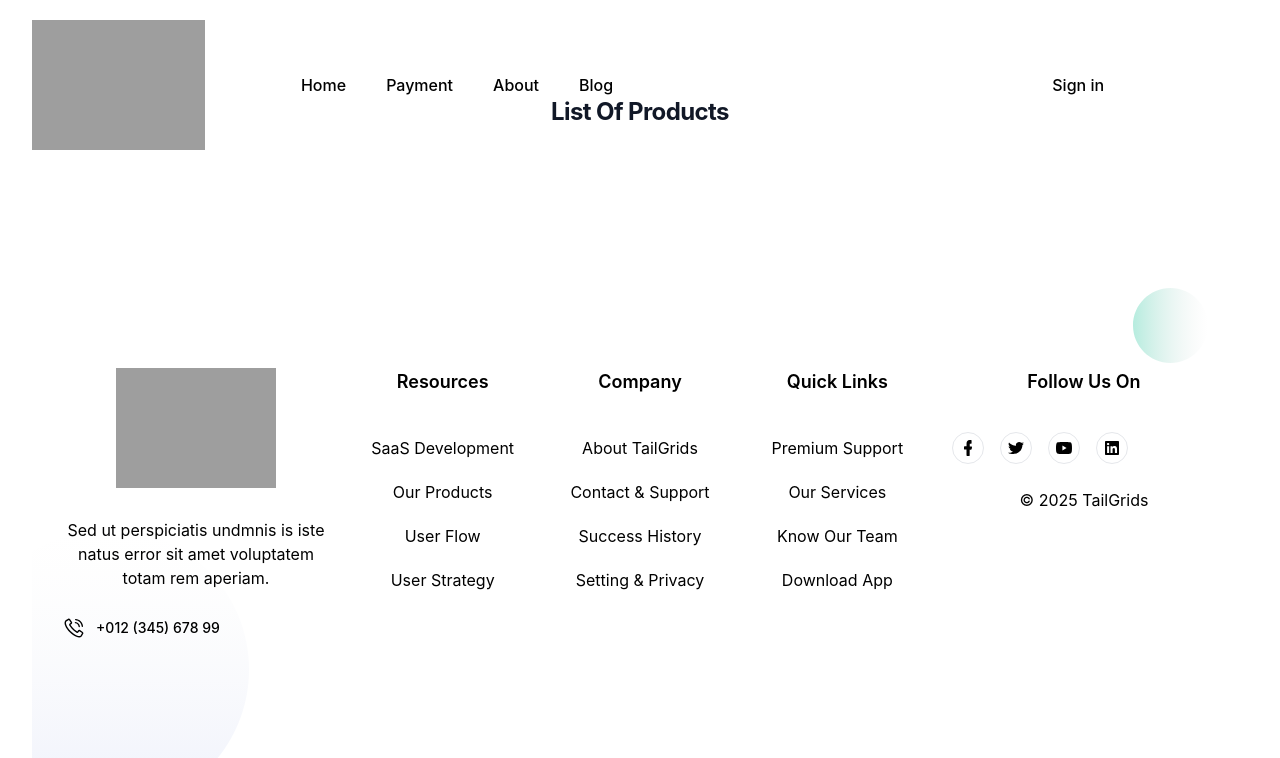
Repository: sayanroychaudhuri/React-One-Page-Ecommerce-Product-List
Page: /
An editor plug-in stored every save of this project. The page is shown before and after the next save, followed by the edit.
The browser window is 1280 px wide. The pictures show the whole page.
Pictures or frames that could not be fetched are drawn as grey boxes. The page's requests for data from a server got no answer. The project was rebuilt for these pictures with package versions that can differ from the ones it lists, and the page was loaded fresh each time. No one was signed in, and anything a server would have sent is missing.

Above is the page before, as saved 2024-01-31 20:12:47.

### src/App.js
import './App.css';
import Home from './components/products/Home';

function App() {
  return (
    <div className="App">
      <div className='container'><Home /></div>
    </div>
  );
}

export default App;

### src/components/products/Home.js
import React,{ Suspense, lazy,useEffect,useState } from 'react'
import Header from './Header';
import Footer from './Footer';
import axios from 'axios';

const delayForDemo = (promise) =>{
    return new Promise(resolve => {
      setTimeout(resolve, 2000);
    }).then(() => promise);
  }

const ProductList = lazy(() => delayForDemo(import('./ProductList.js')));

function Home() {
    const [products,setProducts] = useState([])
  const [pagination,setPagination] = useState({skip:0,total:0,currentPage:1})
  const getProductList = ()=>{
    axios.get(`https://dummyjson.com/products?limit=8&skip=${pagination.skip}`)
    .then(function (response) {
      // handle success
      let products = response.data.products;
      setProducts(products);
      setPagination({...pagination,total: Math.ceil(response.data.total/8)})
    })
    .catch(function (error) {
      // handle error
      console.log(error);
    })
}
const _changePage = (page)=>{
    setPagination({...pagination,currentPage: page,skip: ((8*page)-8)})
  }

  useEffect(() => {
    setProducts([])
    getProductList()
  }, [pagination.currentPage])
  return (
    <React.Fragment>
      <Header />
      <Suspense fallback={'<div>Loading</div>'}>
          <ProductList products={products} pagination={pagination} _changePagination={_changePage} />
        </Suspense>
     <Footer />
  </React.Fragment>
  )
}

export default Home

### src/components/products/Header.js
import React, { useState } from "react";

const Header = () => {
  return (
    <>
      <Navbar />
    </>
  );
};

export default Header;

const Navbar = () => {
  const [open, setOpen] = useState(false);

  return (
    <header className={`absolute left-0 top-0 z-20 flex w-full items-center`}>
      <div className="container">
        <div className="relative -mx-4 flex items-center justify-between">
          <div className="w-60 max-w-full px-4">
            <a href="/#" className="block w-full py-5">
              <img
                src="https://cdn.tailgrids.com/2.0/image/assets/images/logo/logo.svg"
                alt="logo"
                className="w-full dark:hidden"
              />
              <img
                src="https://cdn.tailgrids.com/2.0/image/assets/images/logo/logo-white.svg"
                alt="logo"
                className="w-full hidden dark:block"
              />
            </a>
          </div>
          <div className="flex w-full items-center justify-between px-4">
            <div>
              <button
                onClick={() => setOpen(!open)}
                id="navbarToggler"
                className={` ${
                  open && "navbarTogglerActive"
                } absolute right-4 top-1/2 block -translate-y-1/2 rounded-lg px-3 py-[6px] ring-primary focus:ring-2 lg:hidden`}
              >
                <span className="relative my-[6px] block h-[2px] w-[30px] bg-body-color dark:bg-white"></span>
                <span className="relative my-[6px] block h-[2px] w-[30px] bg-body-color dark:bg-white"></span>
                <span className="relative my-[6px] block h-[2px] w-[30px] bg-body-color dark:bg-white"></span>
              </button>
              <nav
                id="navbarCollapse"
                className={`absolute right-4 top-full w-full max-w-[250px] rounded-lg bg-white px-6 py-5 shadow dark:bg-dark-2 lg:static lg:block lg:w-full lg:max-w-full lg:bg-transparent lg:shadow-none lg:dark:bg-transparent ${
                  !open && "hidden"
                } `}
              >
                <ul className="block lg:flex">
                  <ListItem NavLink="/#">Home</ListItem>
                  <ListItem NavLink="/#">Payment</ListItem>
                  <ListItem NavLink="/#">About</ListItem>
                  <ListItem NavLink="/#">Blog</ListItem>
                </ul>
              </nav>
            </div>
            <div className="hidden justify-end pr-16 sm:flex lg:pr-0">
              <a
                href="/#"
                className="px-7 py-3 text-base font-medium text-dark hover:text-primary dark:text-white"
              >
                Sign in
              </a>

              <a
                href="/#"
                className="rounded-lg bg-primary px-7 py-3 text-base font-medium text-white hover:bg-opacity-90"
              >
                Sign Up
              </a>
            </div>
          </div>
        </div>
      </div>
    </header>
  );
};

const ListItem = ({ children, NavLink }) => {
  return (
    <>
      <li>
        <a
          href={NavLink}
          className="flex py-2 text-base font-medium text-dark hover:text-primary dark:text-white lg:ml-10 lg:inline-flex"
        >
          {children}
        </a>
      </li>
    </>
  );
};

### src/components/products/Footer.js
import React from "react";

const Footer = () => {
  return (
    <>
      <footer className="relative z-10 bg-white pb-10 pt-20 dark:bg-dark lg:pb-20 lg:pt-[120px]">
        <div className="container">
          <div className="-mx-4 flex flex-wrap">
            <div className="w-full px-4 sm:w-2/3 lg:w-3/12">
              <div className="mb-10 w-full">
                <a href="/#" className="mb-6 inline-block max-w-[160px]">
                  <img
                    src="https://cdn.tailgrids.com/2.0/image/assets/images/logo/logo.svg"
                    alt="logo"
                    className="max-w-full dark:hidden"
                  />
                  <img
                    src="https://cdn.tailgrids.com/2.0/image/assets/images/logo/logo-white.svg"
                    alt="logo"
                    className="max-w-full hidden dark:block"
                  />
                </a>
                <p className="mb-7 text-base text-body-color dark:text-dark-6">
                  Sed ut perspiciatis undmnis is iste natus error sit amet
                  voluptatem totam rem aperiam.
                </p>
                <p className="flex items-center text-sm font-medium text-dark dark:text-white">
                  <span className="mr-3 text-primary">
                    <svg
                      width="20"
                      height="20"
                      viewBox="0 0 20 20"
                      fill="none"
                      xmlns="http://www.w3.org/2000/svg"
                    >
                      <g clip-path="url(#clip0_941_15626)">
                        <path
                          d="M15.1875 19.4688C14.3438 19.4688 13.375 19.25 12.3125 18.8438C10.1875 18 7.84377 16.375 5.75002 14.2813C3.65627 12.1875 2.03127 9.84377 1.18752 7.68752C0.250019 5.37502 0.343769 3.46877 1.43752 2.40627C1.46877 2.37502 1.53127 2.34377 1.56252 2.31252L4.18752 0.750025C4.84377 0.375025 5.68752 0.562525 6.12502 1.18752L7.96877 3.93753C8.40627 4.59378 8.21877 5.46877 7.59377 5.90627L6.46877 6.68752C7.28127 8.00002 9.59377 11.2188 13.2813 13.5313L13.9688 12.5313C14.5 11.7813 15.3438 11.5625 16.0313 12.0313L18.7813 13.875C19.4063 14.3125 19.5938 15.1563 19.2188 15.8125L17.6563 18.4375C17.625 18.5 17.5938 18.5313 17.5625 18.5625C17 19.1563 16.1875 19.4688 15.1875 19.4688ZM2.37502 3.46878C1.78127 4.12503 1.81252 5.46877 2.50002 7.18752C3.28127 9.15627 4.78127 11.3125 6.75002 13.2813C8.68752 15.2188 10.875 16.7188 12.8125 17.5C14.5 18.1875 15.8438 18.2188 16.5313 17.625L18.0313 15.0625C18.0313 15.0313 18.0313 15.0313 18.0313 15L15.2813 13.1563C15.2813 13.1563 15.2188 13.1875 15.1563 13.2813L14.4688 14.2813C14.0313 14.9063 13.1875 15.0938 12.5625 14.6875C8.62502 12.25 6.18752 8.84377 5.31252 7.46877C4.90627 6.81252 5.06252 5.96878 5.68752 5.53128L6.81252 4.75002V4.71878L4.96877 1.96877C4.96877 1.93752 4.93752 1.93752 4.90627 1.96877L2.37502 3.46878Z"
                          fill="currentColor"
                        />
                        <path
                          d="M18.3125 8.90633C17.9375 8.90633 17.6563 8.62508 17.625 8.25008C17.375 5.09383 14.7813 2.56258 11.5938 2.34383C11.2188 2.31258 10.9063 2.00008 10.9375 1.59383C10.9688 1.21883 11.2813 0.906333 11.6875 0.937583C15.5625 1.18758 18.7188 4.25008 19.0313 8.12508C19.0625 8.50008 18.7813 8.84383 18.375 8.87508C18.375 8.90633 18.3438 8.90633 18.3125 8.90633Z"
                          fill="currentColor"
                        />
                        <path
                          d="M15.2187 9.18755C14.875 9.18755 14.5625 8.93755 14.5312 8.56255C14.3437 6.87505 13.0312 5.56255 11.3437 5.3438C10.9687 5.31255 10.6875 4.93755 10.7187 4.56255C10.75 4.18755 11.125 3.9063 11.5 3.93755C13.8437 4.2188 15.6562 6.0313 15.9375 8.37505C15.9687 8.75005 15.7187 9.0938 15.3125 9.1563C15.25 9.18755 15.2187 9.18755 15.2187 9.18755Z"
                          fill="currentColor"
                        />
                      </g>
                      <defs>
                        <clipPath id="clip0_941_15626">
                          <rect width="20" height="20" fill="white" />
                        </clipPath>
                      </defs>
                    </svg>
                  </span>
                  <span>+012 (345) 678 99</span>
                </p>
              </div>
            </div>

            <LinkGroup header="Resources">
              <NavLink link="/#" label="SaaS Development" />
              <NavLink link="/#" label="Our Products" />
              <NavLink link="/#" label="User Flow" />
              <NavLink link="/#" label="User Strategy" />
            </LinkGroup>
            <LinkGroup header="Company">
              <NavLink link="/#" label="About TailGrids" />
              <NavLink link="/#" label="Contact & Support" />
              <NavLink link="/#" label="Success History" />
              <NavLink link="/#" label="Setting & Privacy" />
            </LinkGroup>
            <LinkGroup header="Quick Links">
              <NavLink link="/#" label="Premium Support" />
              <NavLink link="/#" label="Our Services" />
              <NavLink link="/#" label="Know Our Team" />
              <NavLink link="/#" label="Download App" />
            </LinkGroup>

            <div className="w-full px-4 sm:w-1/2 lg:w-3/12">
              <div className="mb-10 w-full">
                <h4 className="mb-9 text-lg font-semibold text-dark dark:text-white">
                  Follow Us On
                </h4>
                <div className="mb-6 flex items-center">
                  <a
                    href="javascript:void(0)"
                    className="mr-3 flex h-8 w-8 items-center justify-center rounded-full border border-stroke text-dark hover:border-primary hover:bg-primary hover:text-white dark:border-dark-3 dark:text-white dark:hover:border-primary sm:mr-4 lg:mr-3 xl:mr-4"
                  >
                    <svg
                      width="8"
                      height="16"
                      viewBox="0 0 8 16"
                      className="fill-current"
                    >
                      <path d="M7.43902 6.4H6.19918H5.75639V5.88387V4.28387V3.76774H6.19918H7.12906C7.3726 3.76774 7.57186 3.56129 7.57186 3.25161V0.516129C7.57186 0.232258 7.39474 0 7.12906 0H5.51285C3.76379 0 2.54609 1.44516 2.54609 3.5871V5.83226V6.34839H2.10329H0.597778C0.287819 6.34839 0 6.63226 0 7.04516V8.90323C0 9.26452 0.243539 9.6 0.597778 9.6H2.05902H2.50181V10.1161V15.3032C2.50181 15.6645 2.74535 16 3.09959 16H5.18075C5.31359 16 5.42429 15.9226 5.51285 15.8194C5.60141 15.7161 5.66783 15.5355 5.66783 15.3806V10.1419V9.62581H6.13276H7.12906C7.41688 9.62581 7.63828 9.41935 7.68256 9.10968V9.08387V9.05806L7.99252 7.27742C8.01466 7.09677 7.99252 6.89032 7.85968 6.68387C7.8154 6.55484 7.61614 6.42581 7.43902 6.4Z" />
                    </svg>
                  </a>
                  <a
                    href="javascript:void(0)"
                    className="mr-3 flex h-8 w-8 items-center justify-center rounded-full border border-stroke text-dark hover:border-primary hover:bg-primary hover:text-white dark:border-dark-3 dark:text-white dark:hover:border-primary sm:mr-4 lg:mr-3 xl:mr-4"
                  >
                    <svg
                      width="16"
                      height="12"
                      viewBox="0 0 16 12"
                      className="fill-current"
                    >
                      <path d="M14.2194 2.06654L15.2 0.939335C15.4839 0.634051 15.5613 0.399217 15.5871 0.2818C14.8129 0.704501 14.0903 0.845401 13.6258 0.845401H13.4452L13.3419 0.751468C12.7226 0.258317 11.9484 0 11.1226 0C9.31613 0 7.89677 1.36204 7.89677 2.93542C7.89677 3.02935 7.89677 3.17025 7.92258 3.26419L8 3.73386L7.45806 3.71037C4.15484 3.61644 1.44516 1.03327 1.00645 0.587084C0.283871 1.76125 0.696774 2.88845 1.13548 3.59296L2.0129 4.90802L0.619355 4.20352C0.645161 5.18982 1.05806 5.96477 1.85806 6.52838L2.55484 6.99804L1.85806 7.25636C2.29677 8.45401 3.27742 8.94716 4 9.13503L4.95484 9.36986L4.05161 9.93346C2.60645 10.8728 0.8 10.8024 0 10.7319C1.62581 11.7652 3.56129 12 4.90323 12C5.90968 12 6.65806 11.9061 6.83871 11.8356C14.0645 10.2857 14.4 4.41487 14.4 3.2407V3.07632L14.5548 2.98239C15.4323 2.23092 15.7935 1.8317 16 1.59687C15.9226 1.62035 15.8194 1.66732 15.7161 1.6908L14.2194 2.06654Z" />
                    </svg>
                  </a>
                  <a
                    href="javascript:void(0)"
                    className="mr-3 flex h-8 w-8 items-center justify-center rounded-full border border-stroke text-dark hover:border-primary hover:bg-primary hover:text-white dark:border-dark-3 dark:text-white dark:hover:border-primary sm:mr-4 lg:mr-3 xl:mr-4"
                  >
                    <svg
                      width="16"
                      height="12"
                      viewBox="0 0 16 12"
                      className="fill-current"
                    >
                      <path d="M15.6645 1.88018C15.4839 1.13364 14.9419 0.552995 14.2452 0.359447C13.0065 6.59222e-08 8 0 8 0C8 0 2.99355 6.59222e-08 1.75484 0.359447C1.05806 0.552995 0.516129 1.13364 0.335484 1.88018C0 3.23502 0 6 0 6C0 6 0 8.79263 0.335484 10.1198C0.516129 10.8664 1.05806 11.447 1.75484 11.6406C2.99355 12 8 12 8 12C8 12 13.0065 12 14.2452 11.6406C14.9419 11.447 15.4839 10.8664 15.6645 10.1198C16 8.79263 16 6 16 6C16 6 16 3.23502 15.6645 1.88018ZM6.4 8.57143V3.42857L10.5548 6L6.4 8.57143Z" />
                    </svg>
                  </a>
                  <a
                    href="javascript:void(0)"
                    className="mr-3 flex h-8 w-8 items-center justify-center rounded-full border border-stroke text-dark hover:border-primary hover:bg-primary hover:text-white dark:border-dark-3 dark:text-white dark:hover:border-primary sm:mr-4 lg:mr-3 xl:mr-4"
                  >
                    <svg
                      width="14"
                      height="14"
                      viewBox="0 0 14 14"
                      className="fill-current"
                    >
                      <path d="M13.0214 0H1.02084C0.453707 0 0 0.451613 0 1.01613V12.9839C0 13.5258 0.453707 14 1.02084 14H12.976C13.5432 14 13.9969 13.5484 13.9969 12.9839V0.993548C14.0422 0.451613 13.5885 0 13.0214 0ZM4.15142 11.9H2.08705V5.23871H4.15142V11.9ZM3.10789 4.3129C2.42733 4.3129 1.90557 3.77097 1.90557 3.11613C1.90557 2.46129 2.45002 1.91935 3.10789 1.91935C3.76577 1.91935 4.31022 2.46129 4.31022 3.11613C4.31022 3.77097 3.81114 4.3129 3.10789 4.3129ZM11.9779 11.9H9.9135V8.67097C9.9135 7.90323 9.89082 6.8871 8.82461 6.8871C7.73571 6.8871 7.57691 7.74516 7.57691 8.60323V11.9H5.51254V5.23871H7.53154V6.16452H7.55423C7.84914 5.62258 8.50701 5.08065 9.52785 5.08065C11.6376 5.08065 12.0232 6.43548 12.0232 8.2871V11.9H11.9779Z" />
                    </svg>
                  </a>
                </div>
                <p className="text-base text-body-color dark:text-dark-6">
                  &copy; 2025 TailGrids
                </p>
              </div>
            </div>
          </div>
        </div>
        <div>
          <span className="absolute bottom-0 left-0 z-[-1]">
            <svg
              width={217}
              height={229}
              viewBox="0 0 217 229"
              fill="none"
              xmlns="http://www.w3.org/2000/svg"
            >
              <path
                d="M-64 140.5C-64 62.904 -1.096 1.90666e-05 76.5 1.22829e-05C154.096 5.49924e-06 217 62.904 217 140.5C217 218.096 154.096 281 76.5 281C-1.09598 281 -64 218.096 -64 140.5Z"
                fill="url(#paint0_linear_1179_5)"
              />
              <defs>
                <linearGradient
                  id="paint0_linear_1179_5"
                  x1="76.5"
                  y1={281}
                  x2="76.5"
                  y2="1.22829e-05"
                  gradientUnits="userSpaceOnUse"
                >
                  <stop stopColor="#3056D3" stopOpacity="0.08" />
                  <stop offset={1} stopColor="#C4C4C4" stopOpacity={0} />
                </linearGradient>
              </defs>
            </svg>
          </span>
          <span className="absolute right-10 top-10 z-[-1]">
            <svg
              width={75}
              height={75}
              viewBox="0 0 75 75"
              fill="none"
              xmlns="http://www.w3.org/2000/svg"
            >
              <path
                d="M37.5 -1.63918e-06C58.2107 -2.54447e-06 75 16.7893 75 37.5C75 58.2107 58.2107 75 37.5 75C16.7893 75 -7.33885e-07 58.2107 -1.63918e-06 37.5C-2.54447e-06 16.7893 16.7893 -7.33885e-07 37.5 -1.63918e-06Z"
                fill="url(#paint0_linear_1179_4)"
              />
              <defs>
                <linearGradient
                  id="paint0_linear_1179_4"
                  x1="-1.63917e-06"
                  y1="37.5"
                  x2={75}
                  y2="37.5"
                  gradientUnits="userSpaceOnUse"
                >
                  <stop stopColor="#13C296" stopOpacity="0.31" />
                  <stop offset={1} stopColor="#C4C4C4" stopOpacity={0} />
                </linearGradient>
              </defs>
            </svg>
          </span>
        </div>
      </footer>
    </>
  );
};

export default Footer;

const LinkGroup = ({ children, header }) => {
  return (
    <>
      <div className="w-full px-4 sm:w-1/2 lg:w-2/12">
        <div className="mb-10 w-full">
          <h4 className="mb-9 text-lg font-semibold text-dark dark:text-white">
            {header}
          </h4>
          <ul className="space-y-3">{children}</ul>
        </div>
      </div>
    </>
  );
};

const NavLink = ({ link, label }) => {
  return (
    <li>
      <a
        href={link}
        className="inline-block text-base leading-loose text-body-color hover:text-primary dark:text-dark-6"
      >
        {label}
      </a>
    </li>
  );
};

### src/components/products/ProductList.js
import React from 'react';

function ProductList({products,pagination,_changePagination}) {
  const returnPagination =()=>{
    let eachSide = 1;
    let pgArr = [];
    if(pagination.total<= ((2*eachSide)+5)){
      for(let n=1;n<=pagination.total;n++){
        pgArr.push(n);
      }
    }else{
      switch (true) {
        case pagination.currentPage<=(eachSide+3):
          for(let n=1;n<=((2*eachSide)+3);n++){
            pgArr.push(n);
          }
          pgArr.push('...',pagination.total)
          break;
        case pagination.currentPage>=(pagination.total-(eachSide+2)):
          pgArr.push(1,'...')
          for(let n=(pagination.total-(2*eachSide)-2);n<=pagination.total;n++){
            pgArr.push(n);
          }
          break;
        default:
          pgArr.push(1,'...')
          for(let n=(pagination.currentPage-eachSide);n<=(pagination.currentPage+eachSide);n++){
            pgArr.push(n);
          }
          pgArr.push('...',pagination.total)
          break;
      }
    }
    return <nav aria-label="Page navigation example">
    <ul className="inline-flex -space-x-px text-sm">
      {pagination.currentPage!== 1 &&
      <li>
        <a href="#" onClick={()=>_changePage(pagination.currentPage-1)} className="flex items-center justify-center px-3 h-8 ms-0 leading-tight text-gray-500 bg-white border border-e-0 border-gray-300 rounded-s-lg hover:bg-gray-100 hover:text-gray-700 dark:bg-gray-800 dark:border-gray-700 dark:text-gray-400 dark:hover:bg-gray-700 dark:hover:text-white">Previous</a>
      </li> }
      {pgArr.length > 0 && pgArr.map((data,key)=>{
        return pagination.currentPage===data ?
        <li>
        <a href="#" onClick={()=>_changePage(data)} aria-current="page" className="flex items-center justify-center px-3 h-8 text-blue-600 border border-gray-300 bg-blue-50 hover:bg-blue-100 hover:text-blue-700 dark:border-gray-700 dark:bg-gray-700 dark:text-white">{data}</a>
      </li> :
        <li>
        <a href="#" onClick={()=>_changePage(data)} className="flex items-center justify-center px-3 h-8 leading-tight text-gray-500 bg-white border border-gray-300 hover:bg-gray-100 hover:text-gray-700 dark:bg-gray-800 dark:border-gray-700 dark:text-gray-400 dark:hover:bg-gray-700 dark:hover:text-white">{data}</a>
      </li>
      })}


      {pagination.currentPage!== pagination.total &&
      <li>
        <a href="#" onClick={()=>_changePage(pagination.currentPage+1)} className="flex items-center justify-center px-3 h-8 leading-tight text-gray-500 bg-white border border-gray-300 rounded-e-lg hover:bg-gray-100 hover:text-gray-700 dark:bg-gray-800 dark:border-gray-700 dark:text-gray-400 dark:hover:bg-gray-700 dark:hover:text-white">Next</a>
      </li>}
    </ul>
  </nav>
  }

  const _changePage = (page)=>{
    _changePagination(page)
  }
  return (
    <React.Fragment>
    <div className="bg-white">
      <div className="mx-auto max-w-2xl px-4 py-16 sm:px-6 sm:py-24 lg:max-w-7xl lg:px-8">
        <h2 className="text-2xl font-bold tracking-tight text-gray-900">List Of Products</h2>
        <div className="mt-6 grid grid-cols-1 gap-x-6 gap-y-10 sm:grid-cols-2 lg:grid-cols-4 xl:gap-x-8">
          {products.map((product) => (
            <div key={product.id} className="group relative">
              <div className="aspect-h-1 aspect-w-1 w-full overflow-hidden rounded-md bg-gray-200 lg:aspect-none group-hover:opacity-75 lg:h-80">
                <img
                  src={product.thumbnail}
                  alt={product.brand}
                  className="h-full w-full object-cover object-center lg:h-full lg:w-full"
                />
              </div>
              <div className="mt-4 flex justify-between">
                <div>
                  <h3 className="text-sm text-gray-700">
                    <a href={product.href}>
                      <span aria-hidden="true" className="absolute inset-0" />
                      {product.title}
                    </a>
                  </h3>
                  <p className="mt-1 text-sm text-gray-500">{product.description}</p>
                </div>
                <p className="text-sm font-medium text-gray-900">${product.price}</p>
              </div>
            </div>
          ))}
        </div>
      </div>
    </div>
    {pagination.total > 0 &&
    returnPagination()
     }
  </React.Fragment>
  )
}

export default ProductList

### tailwind.config.js
/** @type {import('tailwindcss').Config} */
module.exports = {
  content: [
    "./src/**/*.{js,jsx,ts,tsx}",
  ],
  theme: {
    container: {
      center: true,
      padding: '2rem'
    },
  },
  plugins: [],
}

Loaded but not shown: public/index.html (common file); src/index.js (common file); src/index.css (common file); src/reportWebVitals.js (common file); src/App.css (common file)

After the next save:
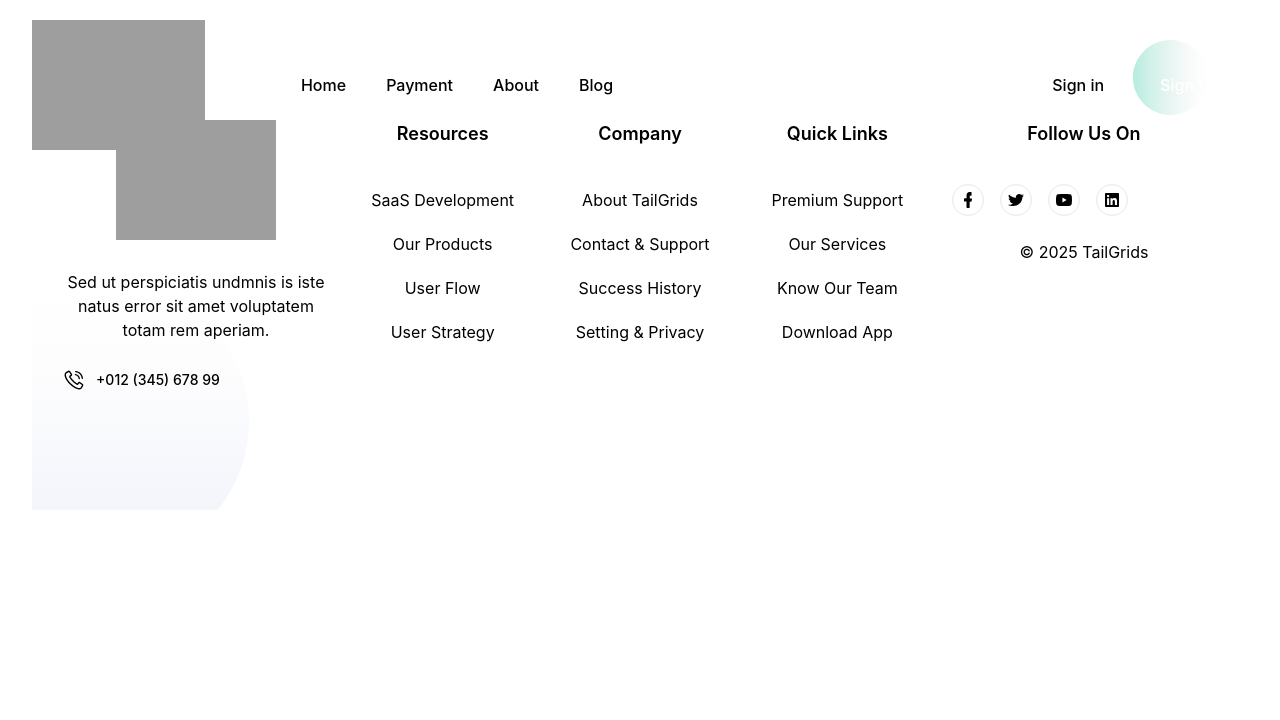
Saved 2 h 33 min later.
--- a/src/components/products/Home.js
+++ b/src/components/products/Home.js
@@ -9,7 +9,7 @@ const delayForDemo = (promise) =>{
     }).then(() => promise);
   }
 
-const ProductList = lazy(() => delayForDemo(import('./ProductList.js')));
+
 
 function Home() {
     const [products,setProducts] = useState([])
@@ -35,12 +35,14 @@ const _changePage = (page)=>{
     setProducts([])
     getProductList()
   }, [pagination.currentPage])
+  const ProductList = lazy(() => delayForDemo(import('./ProductList.js')));
   return (
     <React.Fragment>
       <Header />
+      {products.length> 0 &&
       <Suspense fallback={'<div>Loading</div>'}>
           <ProductList products={products} pagination={pagination} _changePagination={_changePage} />
-        </Suspense>
+        </Suspense>}
      <Footer />
   </React.Fragment>
   )
